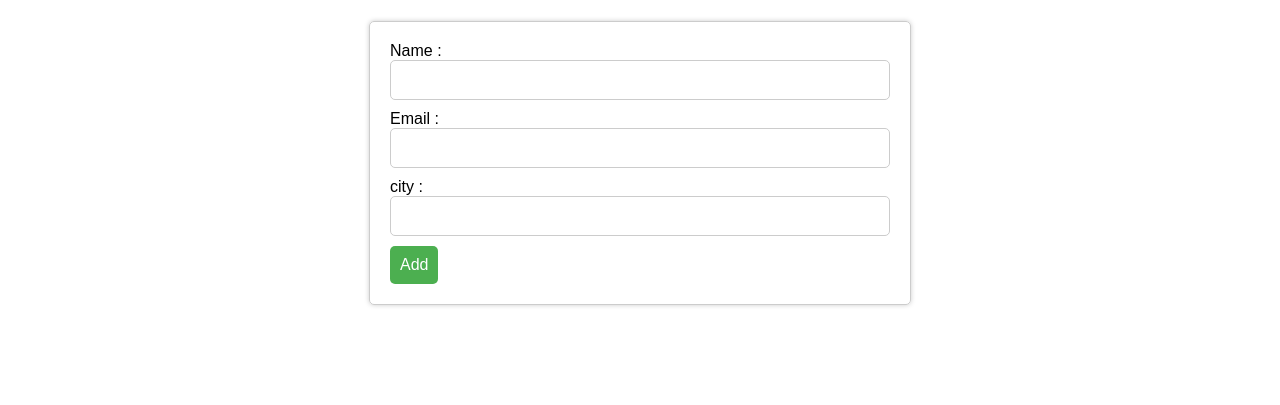
Repository: UnmeshNarayanKadam/JAVA-SPRING-HIBERNATE-PROGRAM
Page: http://localhost/spring-webapp/addCustomer.jsp
The author's editor kept a copy of each file at every save. The page is drawn from the files as they stood at one save, then again after a run of saves.
The browser window is 1280 px wide. The pictures show the whole page.
The page is served by Tomcat 9. Other server files are loaded and not shown.

Above is the page before, as saved 2023-02-27 05:41:43.

### spring-webapp/src/main/webapp/addCustomer.jsp
<%@ page language="java" contentType="text/html; charset=ISO-8859-1"
	pageEncoding="ISO-8859-1"%>
<!DOCTYPE html>
<html>
<head>
<meta charset="ISO-8859-1">
<title>Insert title here</title>
<style>
		form {
			width: 500px;
			margin: 0 auto;
			padding: 20px;
			border: 1px solid #ccc;
			border-radius: 5px;
			box-shadow: 0 0 5px #ccc;
			font-family: Arial, sans-serif;
		}
		input {
			padding: 10px;
			border: 1px solid #ccc;
			border-radius: 5px;
			margin-bottom: 10px;
			width: 100%;
			box-sizing: border-box;
			font-size: 16px;
			font-family: Arial, sans-serif;
		}
		button[type="submit"] {
			background-color: #4CAF50;
			color: white;
			padding: 10px;
			border: none;
			border-radius: 5px;
			cursor: pointer;
			font-size: 16px;
			font-family: Arial, sans-serif;
		}
		button[type="submit"]:hover {
			background-color: #3e8e41;
		}
	</style>
</head>
<body>
	<h1></h1>
	<form action="add-customer">
		Name : <input name="name" /><br>
		Email : <input name="email" /><br>
		city : <input name="city" />
		<button type="submit">Add</button>
	</form>
</body>
</html>

After the next 2 saves:
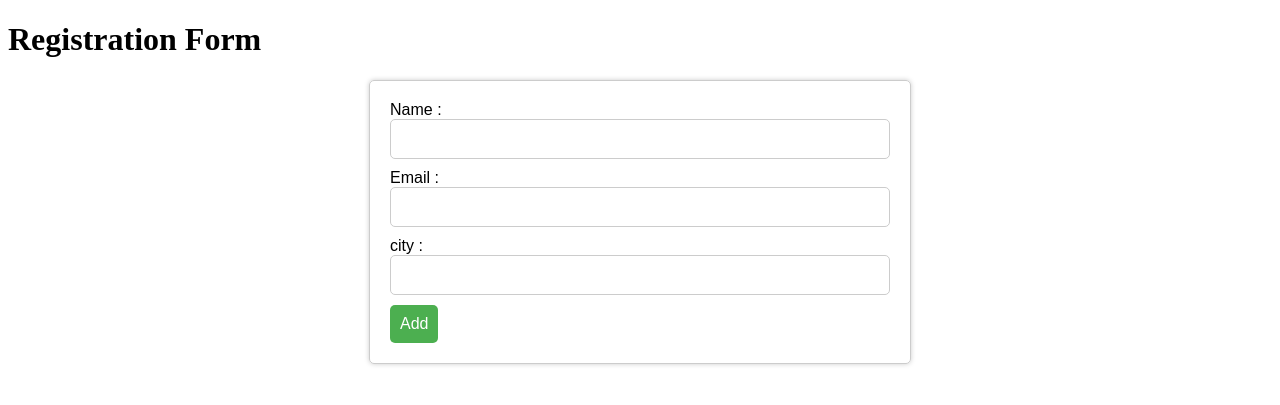
The 2 saves are shown as one change because they came seconds apart.
The last was saved 8 s later.
--- a/spring-webapp/src/main/webapp/addCustomer.jsp
+++ b/spring-webapp/src/main/webapp/addCustomer.jsp
@@ -41,7 +41,7 @@
 	</style>
 </head>
 <body>
-	<h1></h1>
+	<h1>Registration Form</h1>
 	<form action="add-customer">
 		Name : <input name="name" /><br>
 		Email : <input name="email" /><br>
